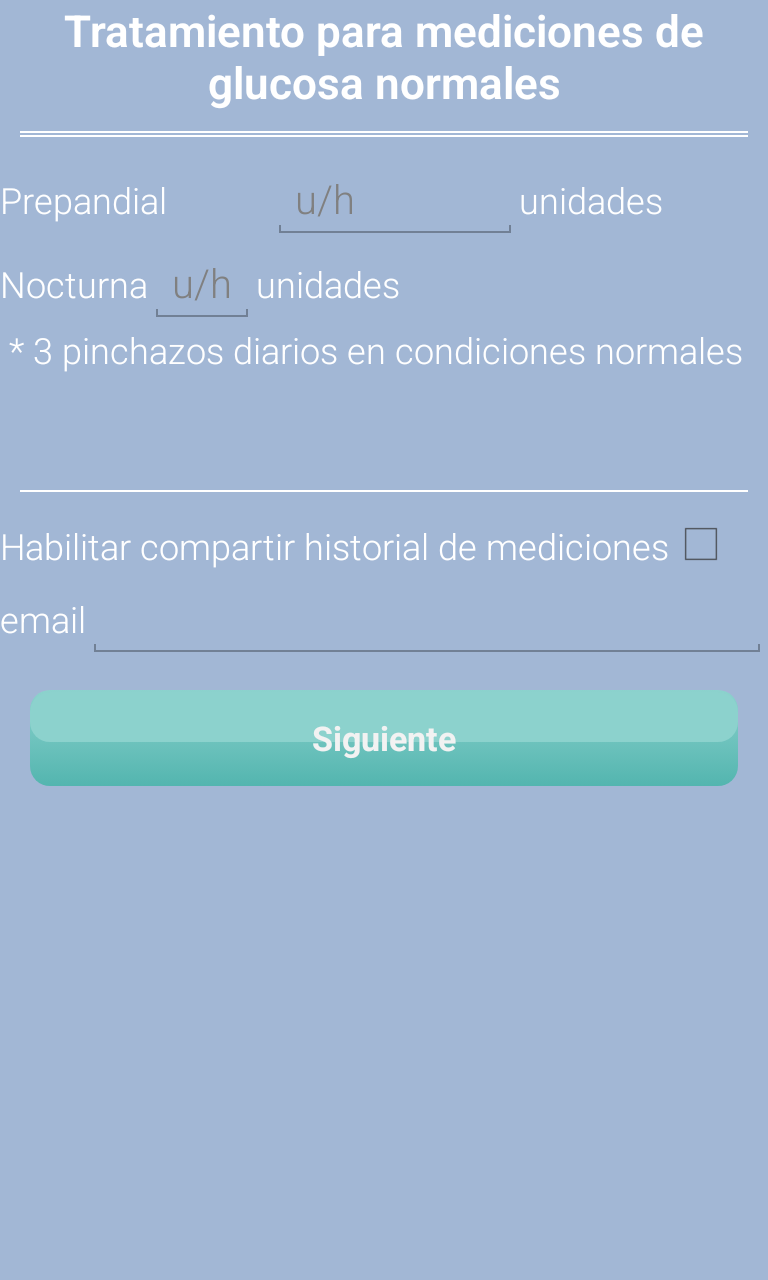
Repository: HectorGarciaMiguel/ssii-diabetes-060036
Layout: SeguimientoDiabetes/res/layout/activity_configuracion2_tipo1.xml
The author's editor kept a copy of each file at every save. The layout is drawn from the files as they stood at one save, then again after the next save.
It is drawn on a 768 x 1280 px phone screen (xhdpi) without system bars, with theme AppTheme; the app's code is not run.

Above is the layout before, as saved 2015-11-19 18:00:48.

### SeguimientoDiabetes/res/layout/activity_configuracion2_tipo1.xml
<LinearLayout xmlns:android="http://schemas.android.com/apk/res/android"
    xmlns:tools="http://schemas.android.com/tools"
    android:layout_width="fill_parent"
    android:layout_height="fill_parent"
    android:orientation="vertical"
    android:layout_margin="3dp"
    tools:context=".Configuracion2Tipo1Activity" >

    <LinearLayout
        android:layout_width="fill_parent"
        android:layout_height="wrap_content"
        android:orientation="horizontal" >

        <TextView
            android:id="@+id/textView1"
            style="@style/RobotoStyleTextViewNegrita"
            android:layout_width="wrap_content"
            android:layout_height="wrap_content"
            android:gravity="center_horizontal"
            android:text="Tratamiento para mediciones de glucosa normales" />

    </LinearLayout>

          <View
              android:layout_width="wrap_content"
              android:layout_height="1dp"
              android:layout_marginBottom="1dp"
              android:layout_marginLeft="10dp"
              android:layout_marginRight="10dp"
              android:layout_marginTop="10dp"
              android:background="#FFFFFF" />

          <View
              android:layout_width="wrap_content"
              android:layout_height="1dp"
              android:layout_marginBottom="10dp"
              android:layout_marginLeft="10dp"
              android:layout_marginRight="10dp"
              android:background="#FFFFFF" />

    <LinearLayout
        android:layout_width="fill_parent"
        android:layout_height="wrap_content"
        android:orientation="horizontal">

        <TextView
            android:id="@+id/textView2"
            android:layout_width="wrap_content"
            android:layout_height="wrap_content"
            android:layout_weight="3"
            android:text="Prepandial" />

        <EditText
            android:id="@+id/editText1"
            android:layout_width="wrap_content"
            android:layout_height="wrap_content"
            android:layout_weight="4"
            android:hint="u/h"
            android:inputType="number" />

        <TextView
            android:id="@+id/textView3"
            android:layout_width="wrap_content"
            android:layout_height="wrap_content"
            android:layout_weight="3"
            android:text="unidades" />

    </LinearLayout>

    <LinearLayout
        android:layout_width="fill_parent"
        android:layout_height="wrap_content"
        android:orientation="horizontal" >

        <TextView
            android:id="@+id/textView4"
            android:layout_width="wrap_content"
            android:layout_height="wrap_content"
            android:text="Nocturna" />

        <EditText
            android:id="@+id/editText2"
            android:layout_width="wrap_content"
            android:layout_height="wrap_content"
            android:layout_column="1"
            android:layout_span="0"
            android:hint="u/h"
            android:inputType="number" />

        <TextView
            android:id="@+id/textView5"
            android:layout_width="wrap_content"
            android:layout_height="wrap_content"
            android:layout_column="2"
            android:layout_span="0"
            android:text="unidades" />

    </LinearLayout>

    <LinearLayout
        android:layout_width="fill_parent"
        android:layout_height="wrap_content"
        android:orientation="horizontal" >

        <TextView
            android:id="@+id/textView8"
            android:layout_width="wrap_content"
            android:layout_height="wrap_content"
            android:layout_gravity="center_vertical|center_horizontal"
            android:text=" * 3 pinchazos diarios en condiciones normales" />

    </LinearLayout>


    <LinearLayout
        android:layout_width="fill_parent"
        android:layout_height="wrap_content"
        android:orientation="horizontal"
        android:layout_weight="0.5"
        android:gravity="bottom" >
    </LinearLayout>


<View
        android:layout_width="wrap_content"
        android:layout_height="1dp"
        android:layout_marginBottom="10dp"
        android:layout_marginLeft="10dp"
        android:layout_marginRight="10dp"
        android:background="#FFFFFF"
        android:layout_gravity="bottom"/>

    <LinearLayout
        android:layout_width="fill_parent"
        android:layout_height="wrap_content"
        android:orientation="horizontal" >

        <TextView
            android:id="@+id/textView6"
            android:layout_width="wrap_content"
            android:layout_height="wrap_content"
            android:text="Habilitar compartir historial de mediciones" />

        <CheckBox
            android:id="@+id/checkBox1"
            android:layout_width="wrap_content"
            android:layout_height="wrap_content" />

    </LinearLayout>

    <LinearLayout
        android:layout_width="fill_parent"
        android:layout_height="wrap_content"
        android:orientation="horizontal" >

        <TextView
            android:id="@+id/textView7"
            android:layout_width="wrap_content"
            android:layout_height="wrap_content"
            android:text="email" />

        <EditText
            android:id="@+id/editText3"
            android:layout_width="fill_parent"
            android:layout_height="wrap_content"
            android:inputType="textEmailAddress" />

    </LinearLayout>

    <LinearLayout
        android:layout_width="fill_parent"
        android:layout_height="wrap_content"
        android:orientation="horizontal"
        android:layout_weight="2" >

        <Button
            android:id="@+id/button1"
        	style="@style/Boton"
        	android:background="@drawable/mibotonverde"
            android:layout_height="wrap_content"
            android:onClick="lanzarConfiguracion3"
            android:text="Siguiente" />

    </LinearLayout>

</LinearLayout>

### SeguimientoDiabetes/res/drawable/mibotonverde.xml
<?xml version="1.0" encoding="utf-8"?>
<selector xmlns:android="http://schemas.android.com/apk/res/android" >

 <item android:state_pressed="true">
     <layer-list >
       <item >
           <shape android:shape="rectangle">
            <gradient
  				  android:startColor="#104849"
                  android:endColor="#0B393A"
                  android:angle="-90"
                  android:type="linear"
                  />
            <corners android:radius="10dp" />
            </shape>
            </item>
            <item android:top="1dp" android:bottom="22dp" >
 	 <shape android:shape="rectangle">
  				<solid android:color="#104849"/>
              <corners android:radius="10dp" />

            </shape>
      </item>
      </layer-list>
  </item>




<item android:state_focused="true">
     <layer-list >
       <item >
           <shape android:shape="rectangle">
            <gradient
  				  android:startColor="#104849"
                  android:endColor="#0B393A"
                  android:angle="-90"
                  android:type="linear"
                  />
            <corners android:radius="10dp" />
            </shape>
            </item>
            <item android:top="1dp" android:bottom="50px" >
  <shape android:shape="rectangle">
  <solid android:color="#104849"/>
              <corners android:radius="10dp" />

            </shape>
      </item>
      </layer-list>
  </item>







 <item>
     <layer-list >
       <item >
           <shape android:shape="rectangle">
            <gradient
  				  android:startColor="#8CD2CD"
                  android:endColor="#53B5AF"
                  android:angle="-90"
                  android:type="linear"
                  />
			<corners android:radius="10dp" />
			</shape>
        </item>
        <item android:top="1dp" android:bottom="22dp" >
  			<shape android:shape="rectangle">
  			<solid android:color="#8CD2CD"/>
       			<corners android:radius="10dp" />
           </shape>
      </item>
      </layer-list>
  </item>
</selector>

Loaded but not shown: SeguimientoDiabetes/res/values/styles.xml (common file); SeguimientoDiabetes/res/values-v11/styles.xml (common file); SeguimientoDiabetes/res/values-v14/styles.xml (common file)

After the next save:
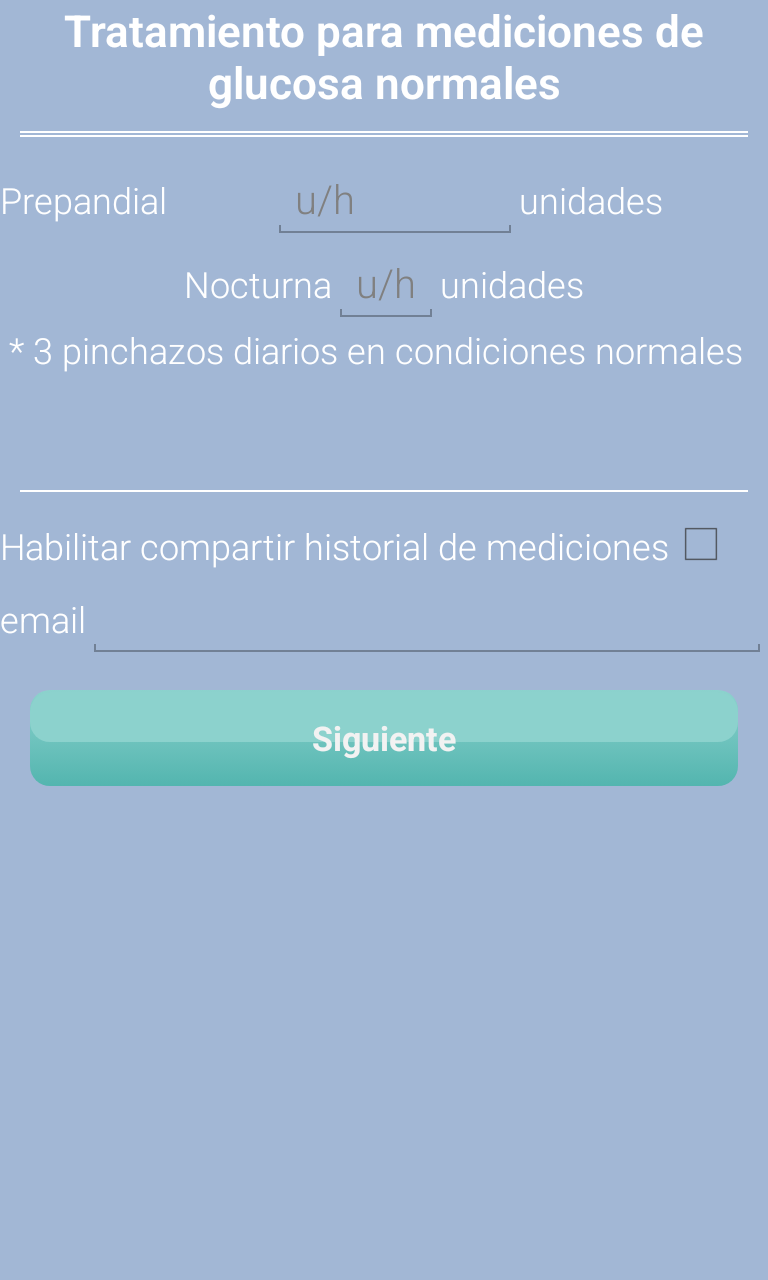
Saved 14 s later.
--- a/SeguimientoDiabetes/res/layout/activity_configuracion2_tipo1.xml
+++ b/SeguimientoDiabetes/res/layout/activity_configuracion2_tipo1.xml
@@ -70,7 +70,9 @@
     <LinearLayout
         android:layout_width="fill_parent"
         android:layout_height="wrap_content"
-        android:orientation="horizontal" >
+        android:orientation="horizontal"
+                    android:gravity="center_horizontal"
+        >
 
         <TextView
             android:id="@+id/textView4"
